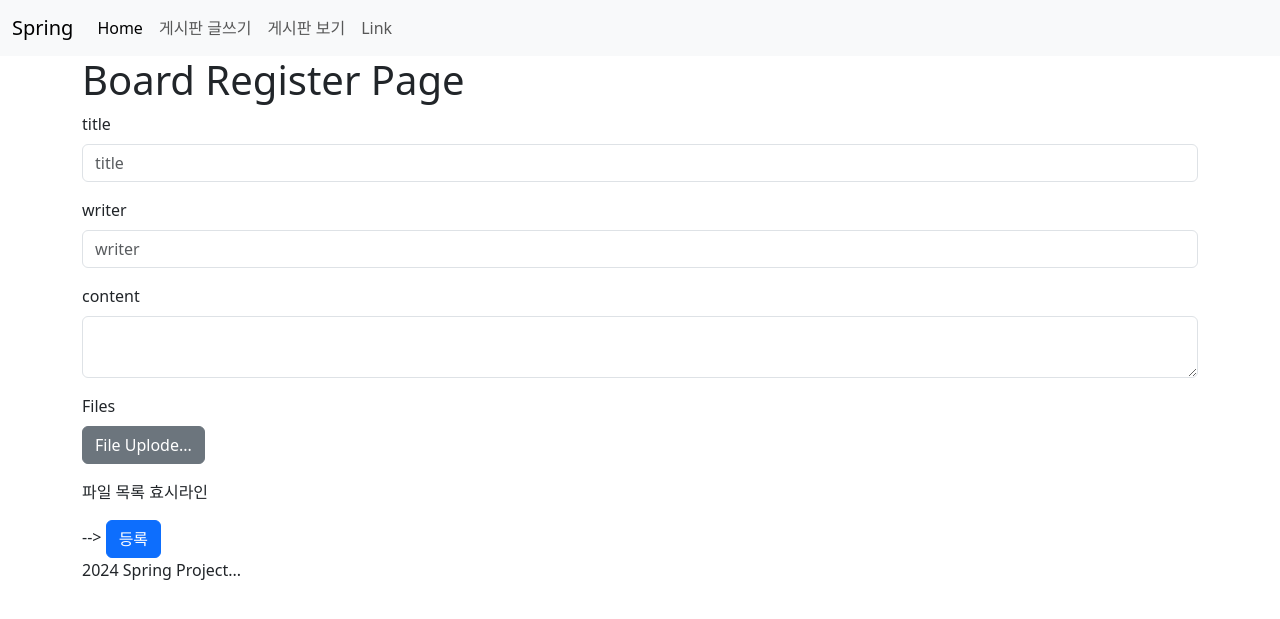
Repository: oco0217/SpringTest2
Page: http://localhost/spring_test2/WEB-INF/views/board/register.jsp
These files come from the project's save history. The page is drawn as it stood at one moment and after the next save; the edit follows.
The browser window is 1280 px wide. The pictures show the whole page.
The page is served by Tomcat 9. Nobody is signed in. The template is opened directly, without the code that normally fills it, so the values that code supplies are empty.

Above is the page before, as saved 2024-05-01 03:37:40.

After the next save:
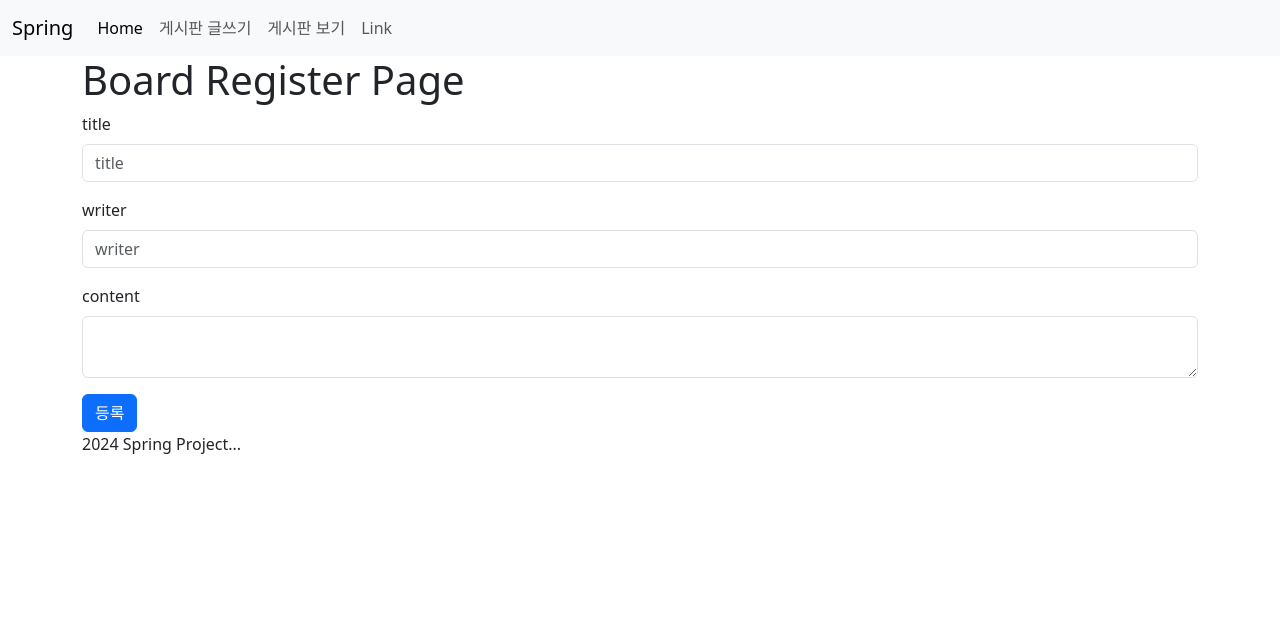
Saved 9 s later.
--- a/spring_test2/src/main/webapp/WEB-INF/views/board/register.jsp
+++ b/spring_test2/src/main/webapp/WEB-INF/views/board/register.jsp
@@ -22,9 +22,9 @@
 				aria-label="With textarea"></textarea>
 		</div>
 
-		<!-- <!-- 파일 입력라인 추가 -->
+		<!-- 파일 입력라인 추가 -->
 
-		<div class="mb-3">
+		<!-- <div class="mb-3">
 			<label for="file" class="form-label">Files</label> <input type="file"
 				class="form-control" id="file" name="files" multiple="multiple"
 				style="display: none"> <br>
